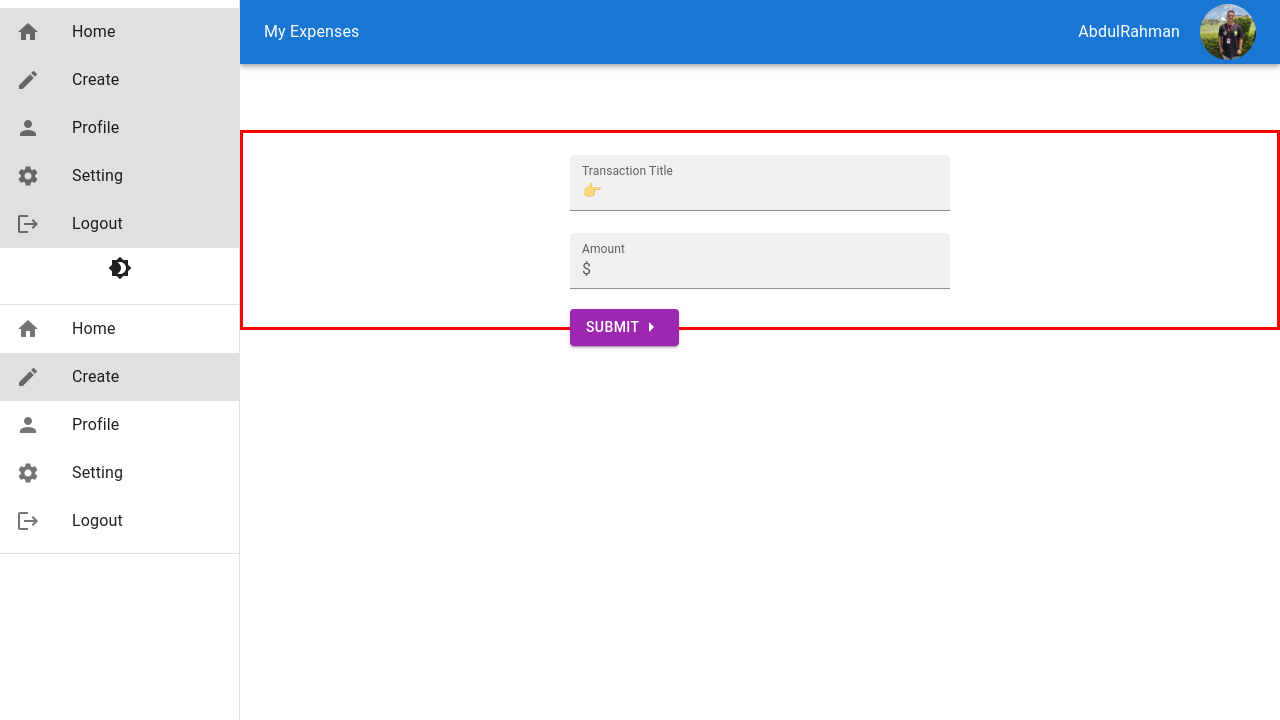
Repository: abdulrahmanmahmood/Expenses-APP
Page: /create
The author's editor kept a copy of each file at every save. The page is drawn from the files as they stood at one save, then again after a run of saves.
The browser window is 1280 px wide. The pictures show the whole page.
The project was rebuilt for these pictures with package versions that can differ from the ones it lists, and the page was loaded fresh each time. Also part of the build but not shown: src/App.css, src/App.js. Imported but missing from the stored project, and not drawn on this page: src/pages/home/Home.

Above is the page before, as saved 2023-10-03 21:30:42.

After the next 8 saves:
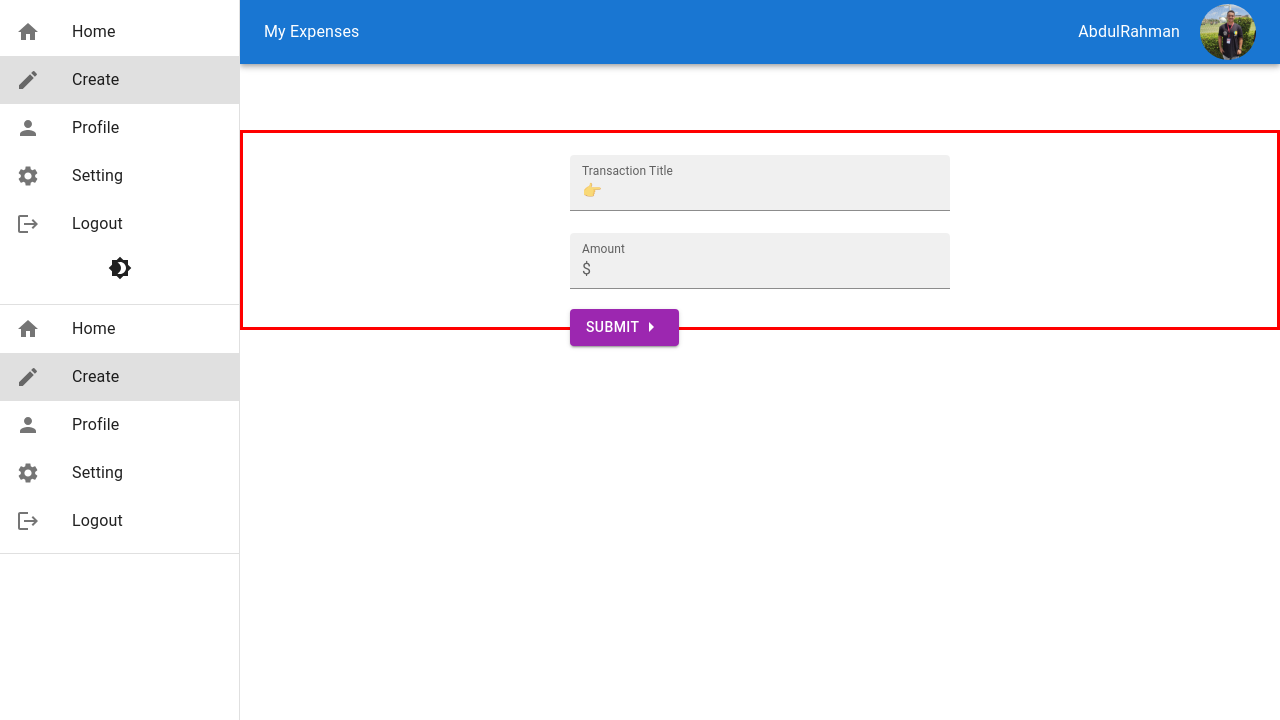
The 8 saves are shown as one change because 4 did not build or start and some came seconds apart.
The last was saved 34 s later.
--- a/src/MUI-components/Drawer.jsx
+++ b/src/MUI-components/Drawer.jsx
@@ -73,10 +73,9 @@ const Drawerr = ({
       <List>
         {myList.map((item)=>(
                   <ListItem disablePadding
-                  disablePadding
                   sx={{
                     bgcolor:
-                      location.pathname === "/create"
+                      location.pathname === item.path
                         ? theme.palette.favColor.main
                         : null,
                   }}
